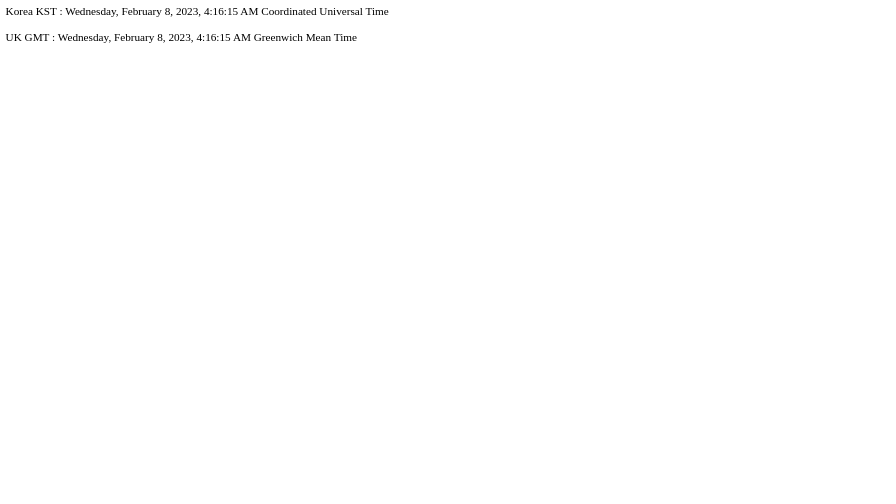
Repository: fatesky25/JSPprogram
Page: http://localhost/ServletProject/jstl/fmtEx04.jsp
These files come from the project's save history. The page is drawn as it stood at one moment and after the next save; the edit follows.
The browser window is 1280 px wide. The pictures show the part of the page from y = 0 to 1920 px (the page is 720 px tall before and 11464 px after), at 70% of full size.
The page is served by Tomcat 9. Nobody is signed in. The application's start-up code is not run. Other server files are loaded and not shown.

Above is the page before, as saved 2023-02-17 01:52:10.

### ServletProject/src/main/webapp/jstl/fmtEx04.jsp
<%@ page language="java" contentType="text/html; charset=UTF-8"
    pageEncoding="UTF-8"%>
<%@ taglib prefix="c" uri="http://java.sun.com/jsp/jstl/core" %>
<%@ taglib prefix="fmt" uri="http://java.sun.com/jsp/jstl/fmt" %>

<!DOCTYPE html>
<html>
<head>
<meta charset="UTF-8">
<title> timeZone </title>
</head>
<body>
<c:set var="now" value="<%=new java.util.Date() %>" />
Korea KST :
<fmt:formatDate value="${now }" type="both"
 dateStyle="full" timeStyle="full" />
<br><br>
UK GMT :

<fmt:timeZone value="GMT">
<fmt:formatDate value="${now }" type="both"
dateStyle="full" timeStyle="full" />
</fmt:timeZone>
<br><br>


</body>
</html>

After the next save:
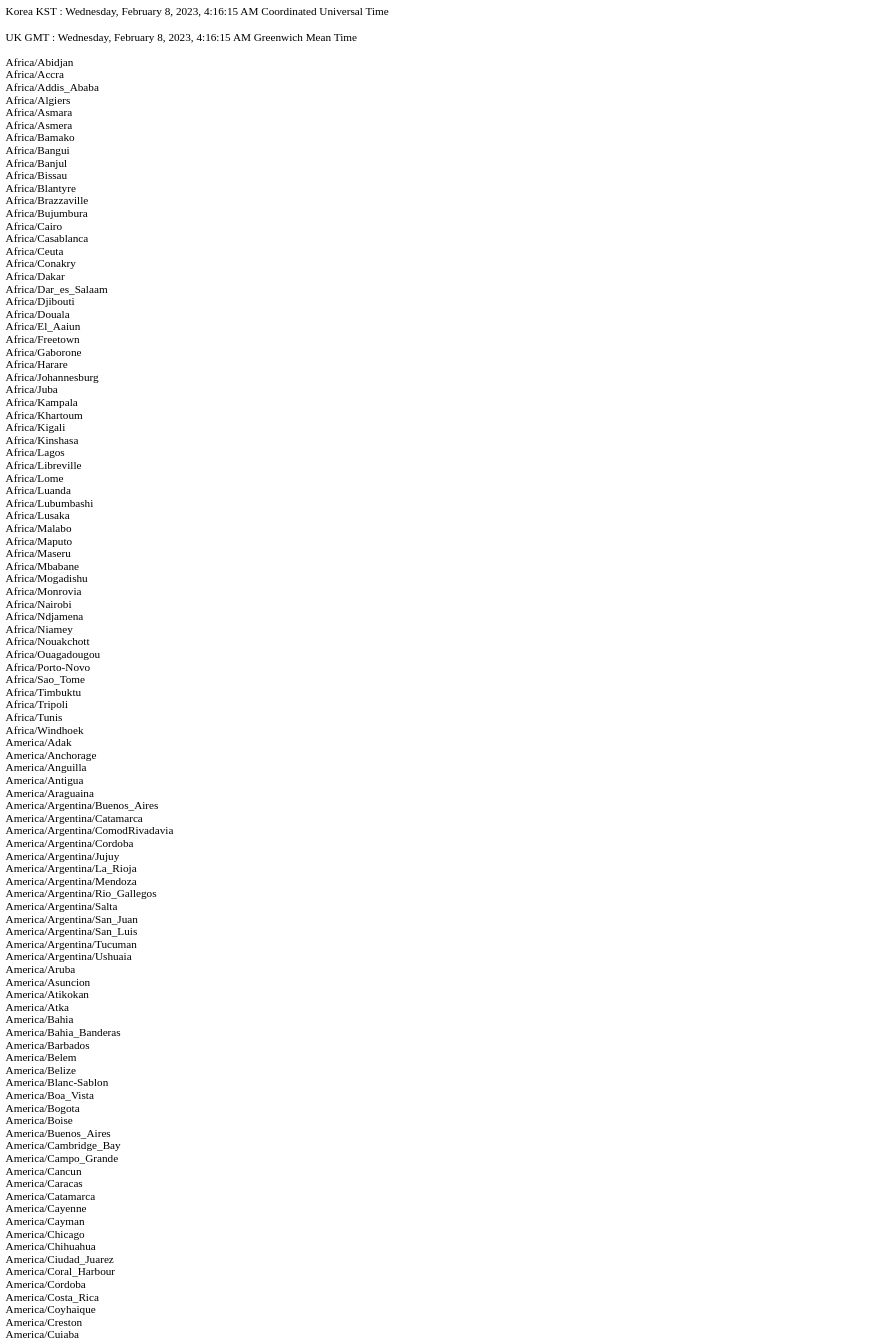
Saved 4 min 32 s later.
--- a/ServletProject/src/main/webapp/jstl/fmtEx04.jsp
+++ b/ServletProject/src/main/webapp/jstl/fmtEx04.jsp
@@ -12,9 +12,11 @@
 <body>
 <c:set var="now" value="<%=new java.util.Date() %>" />
 Korea KST :
+
 <fmt:formatDate value="${now }" type="both"
  dateStyle="full" timeStyle="full" />
 <br><br>
+
 UK GMT :
 
 <fmt:timeZone value="GMT">
@@ -23,6 +25,16 @@ dateStyle="full" timeStyle="full" />
 </fmt:timeZone>
 <br><br>
 
+<%
+//time Zone으로 사용 가능한 time Zone 목록 출력
+   String[] ids = java.util.TimeZone.getAvailableIDs();
+
+     for(int i=0; i<ids.length; i++){
+    	 out.println(ids[i]+"<br>");
+     }
+
+%>
+
 
 </body>
 </html>
